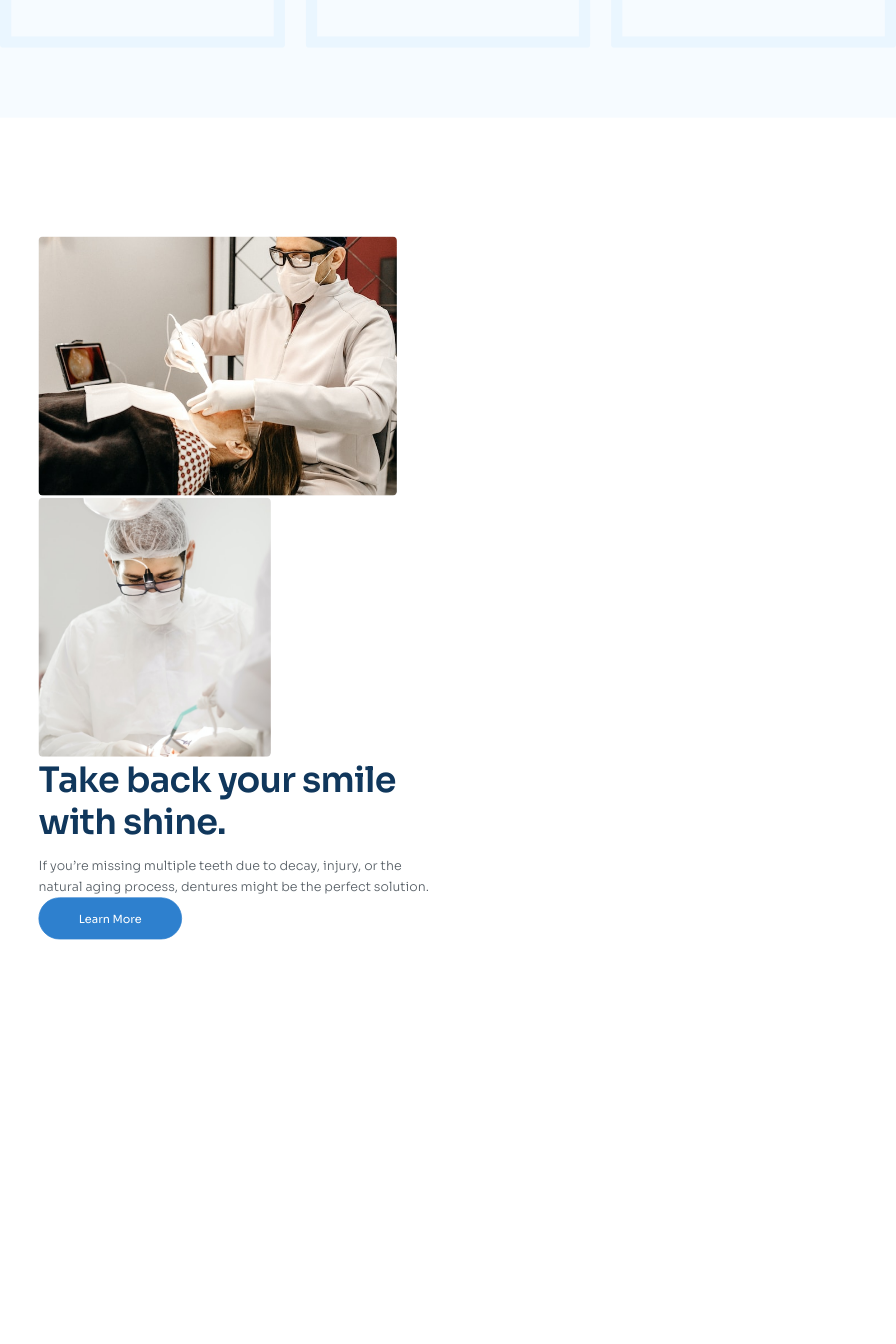
Repository: dongnguyen2112/htmlcss-project-03
Page: index.html
An editor plug-in stored every save of this project. The page is shown before and after a run of saves, followed by the edit.
The browser window is 1280 px wide. The pictures show the part of the page from y = 2490 to 4410 px (the page is 5720 px tall), at 70% of full size.

Above is the page before, as saved 2023-08-02 20:47:54.

After the next 3 saves:
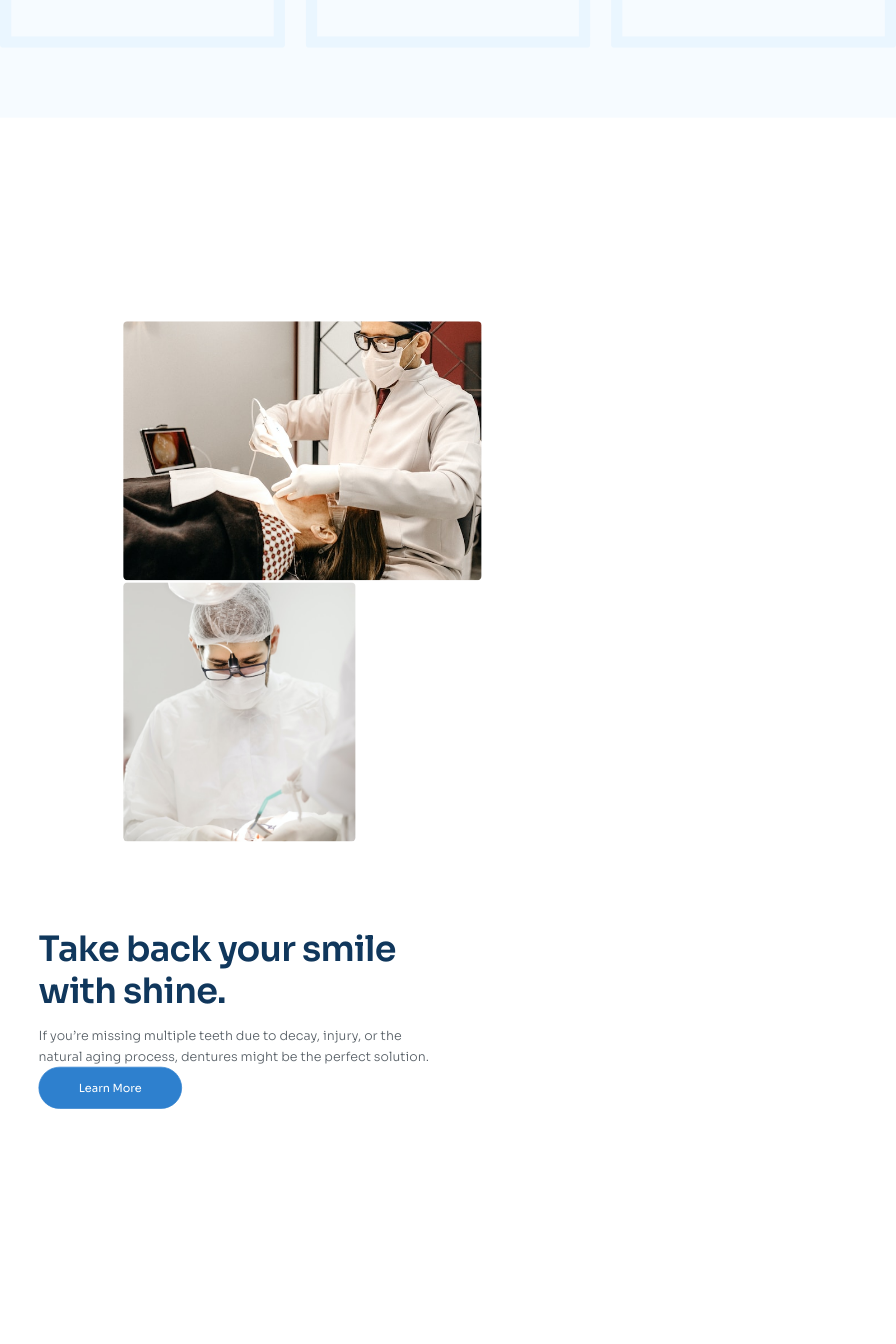
The 3 saves are shown as one change because they came seconds apart.
The last was saved 2 min 32 s later.
--- a/assets/css/styles.css
+++ b/assets/css/styles.css
@@ -334,6 +334,7 @@ a {
 }
 .feature__images {
     position: relative;
+    padding: 121px;
 }
 .feature__img {
     width: 512px;
